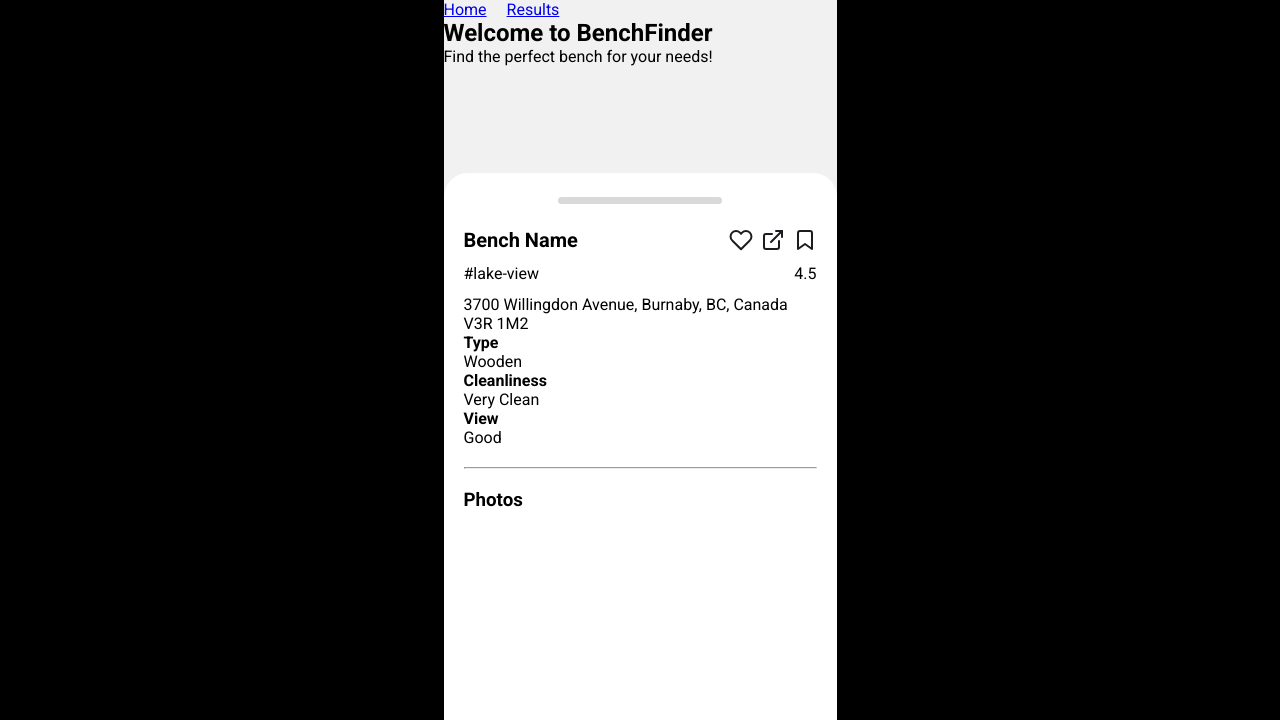
Repository: HidayatPatil/BenchFinder
Page: /
These files come from the project's save history. The page is drawn as it stood at one moment and after the next save; the edit follows.
The browser window is 1280 px wide. The pictures show the whole page.
The project was rebuilt for these pictures with package versions that can differ from the ones it lists, and the page was loaded fresh each time. Also part of the build but not shown: vite.config.js, src/Results.jsx.

Above is the page before, as saved 2025-10-09 21:31:02.

### index.html
<!doctype html>
<html lang="en">
  <head>
    <meta charset="UTF-8" />
    <link rel="icon" type="image/svg+xml" href="/vite.svg" />
    <meta name="viewport" content="width=device-width, initial-scale=1.0" />
    <title>benchfinder</title>
  </head>
  <body>
    <div id="root"></div>
    <script type="module" src="/src/main.jsx"></script>
  </body>
</html>

### src/index.css
@import url('https://fonts.googleapis.com/css2?family=Roboto:wght@400;700&display=swap');

/* Reset default margins and padding */
* {
    margin: 0;
    padding: 0;
    box-sizing: border-box;
}

body, html {
    width: 100%;
    height: 100%;
    overflow: hidden;
    background-color: black;
    display: flex;
    justify-content: center;
    align-items: center;
    font-family: 'Roboto', sans-serif;
}

#root {
    width: 393px;
    min-width: 320px;
    max-width: 425px;
    height: 100vh;
    background-color: rgb(0, 0, 0);
    position: relative;
}

.app_body {
    width: 393px;
    min-width: 320px;
    max-width: 425px;
    height: 100%;
    background-color: #F1F1F1;
    margin: 0 auto;
    position: relative;
}

.drawer_container {
    height: 547px;
    position: absolute;
    bottom: 0;
    padding: 0 20px;
    background-color: #FFFFFF;
    border-radius: 24px 24px 0 0;
}

.drawer_handle {
    width: 164px;
    height: 7px;
    border-radius: 100px;
    background-color: #D9D9D9;
    margin: 24px auto;
}

.bench_data {
    display: flex;
    flex-direction: column;
    gap: 20px;
}

.data_metadata {
    display: flex;
    flex-direction: column;
    gap: 12px;
}

.metadata_name_options {
    display: flex;
    justify-content: space-between;
    align-items: center;

    h2 {
        font-size: 20px;
        font-weight: 600;
    }

    .bench_metadata_options {
        display: flex;
        gap: 8px;
    }

    .option_icons {
        height: 24px;
        width: 24px;
        color: #1C1B1F;
    }
}

.metadata_tags_rating {
    display: flex;
    justify-content: space-between;
    align-items: center;
}

### src/App.jsx
import { Routes, Route, Link } from 'react-router-dom'
import Result from './Results'
import Home from './Home'

export default function App(){
  return (
    <div className="app_body">
      {/* <h1 className="container">BenchFinder App</h1> */}
      <nav>
        <Link to="/" style={{ marginRight: '20px' }}>Home</Link>
        <Link to="/results">Results</Link>
      </nav>

      <Routes>
        <Route path="/" element={<Home />} />
        <Route path="/results" element={<Result />} />
      </Routes>
    </div>
  )
}

### src/Home.jsx
import ContentDrawer from "./components/contentDrawer"

export default function Home() {
  return (
    <div>
      <h2>Welcome to BenchFinder</h2>
      <p>Find the perfect bench for your needs!</p>
      <div className="google_maps">
        <img />
      </div>
      <ContentDrawer />
    </div>
  )
}

### src/components/contentDrawer.jsx
import { FiHeart } from "react-icons/fi";
import { FiExternalLink } from "react-icons/fi";
import { FiBookmark } from "react-icons/fi";
import { IconContext } from "react-icons";

export default function ContentDrawer() {
  return (
    <div className="drawer_container">
      <div className="drawer_handle"></div>
      <div className="bench_data"> {/* main container holding data */}
        <div className="bench_information">  {/* section above the line break */}
          <div className="data_metadata">
            <div className="metadata_name_options">
              <h2>Bench Name</h2>
              <div className="bench_metadata_options">
                <IconContext.Provider value={{ className: "option_icons" }}>
                  <FiHeart />
                  <FiExternalLink />
                  <FiBookmark />
                </IconContext.Provider>
              </div>
            </div>
            <div className="metadata_tags_rating">
              <div className="bench_tags">#lake-view</div>
              <div className="bench_rating">4.5</div>
            </div>
            <p className="metadata_address">
              3700 Willingdon Avenue, Burnaby, BC, Canada V3R 1M2
            </p>
          </div>
          <div className="data_bench_overview">
            <div className="bench_type">
              <h4 className="overview_title">Type</h4>
              <p className="overview_content">Wooden</p>
            </div>
            <div className="bench_cleanliness">
              <h4 className="overview_title">Cleanliness</h4>
              <p className="overview_content">Very Clean</p>
            </div>
            <div className="bench_view">
              <h4 className="overview_title">View</h4>
              <p className="overview_content">Good</p>
            </div>
          </div>
        </div>
        <hr /> {/* line break */}
        <div className="bench_photos">
          <div className="photos_heading">
            <h3>Photos</h3>
            {/* <img "add plus icon" />  */}
          </div>
          <div className="photos_gallery">
            <div className="gallery_image"></div>
            <div className="gallery_image"></div>
            <div className="gallery_image"></div>
          </div>
        </div>
      </div>
    </div>
  );
}

Loaded but not shown: src/main.jsx (common file)

After the next save:
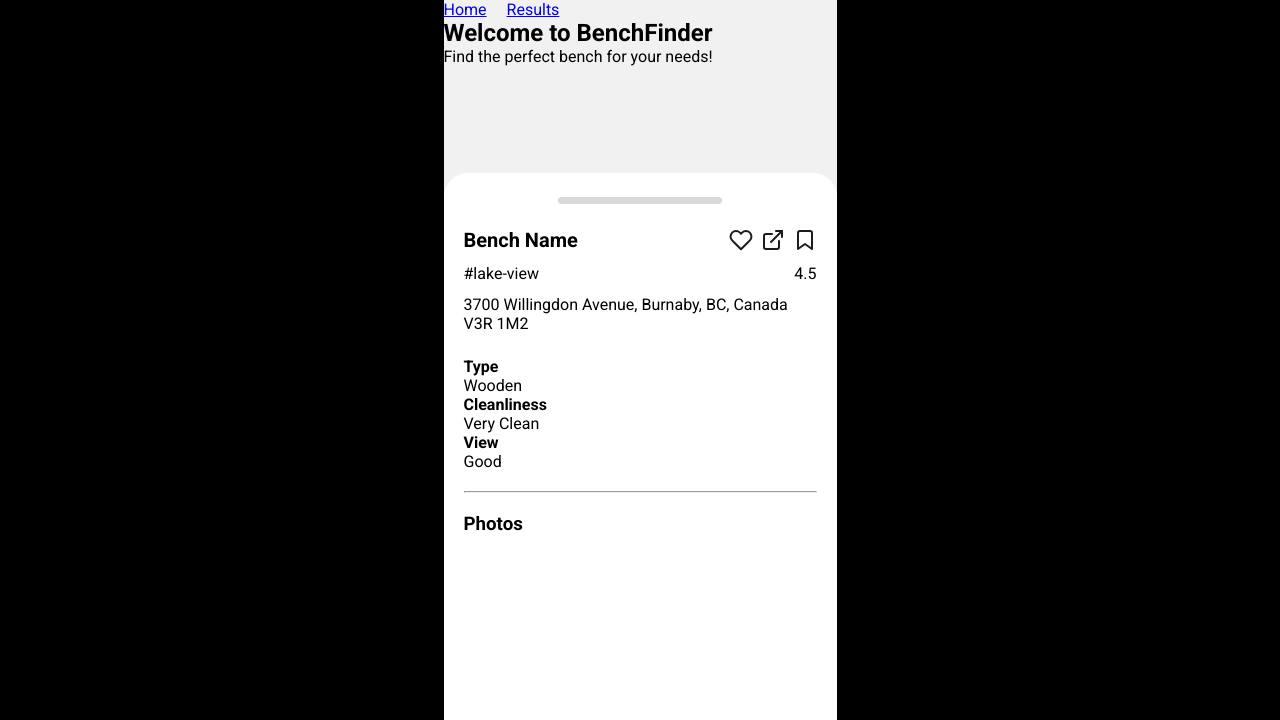
Saved 25 s later.
--- a/src/index.css
+++ b/src/index.css
@@ -60,6 +60,12 @@ body, html {
     gap: 20px;
 }
 
+.bench_information {
+    display: flex;
+    flex-direction: column;
+    gap: 24px;
+}
+
 .data_metadata {
     display: flex;
     flex-direction: column;
